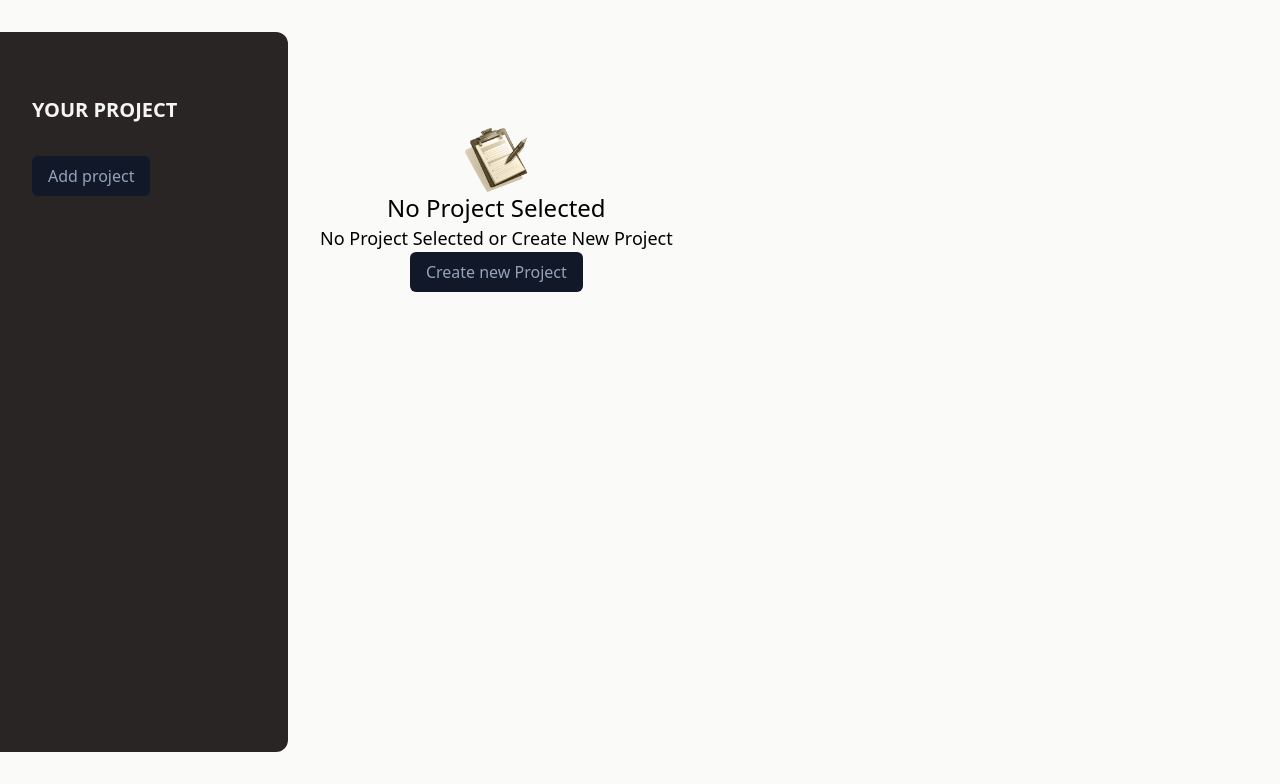
Repository: sibi24sibi/todo-list-using-reactjs
Page: /
An editor plug-in stored every save of this project. The page is shown before and after the next save, followed by the edit.
The browser window is 1280 px wide. The pictures show the whole page.
The project was rebuilt for these pictures with package versions that can differ from the ones it lists, and the page was loaded fresh each time. Also part of the build but not shown: vite.config.js, src/Components/Input.jsx, src/Components/NewProjects.jsx.

Above is the page before, as saved 2024-06-24 15:00:59.

After the next save:
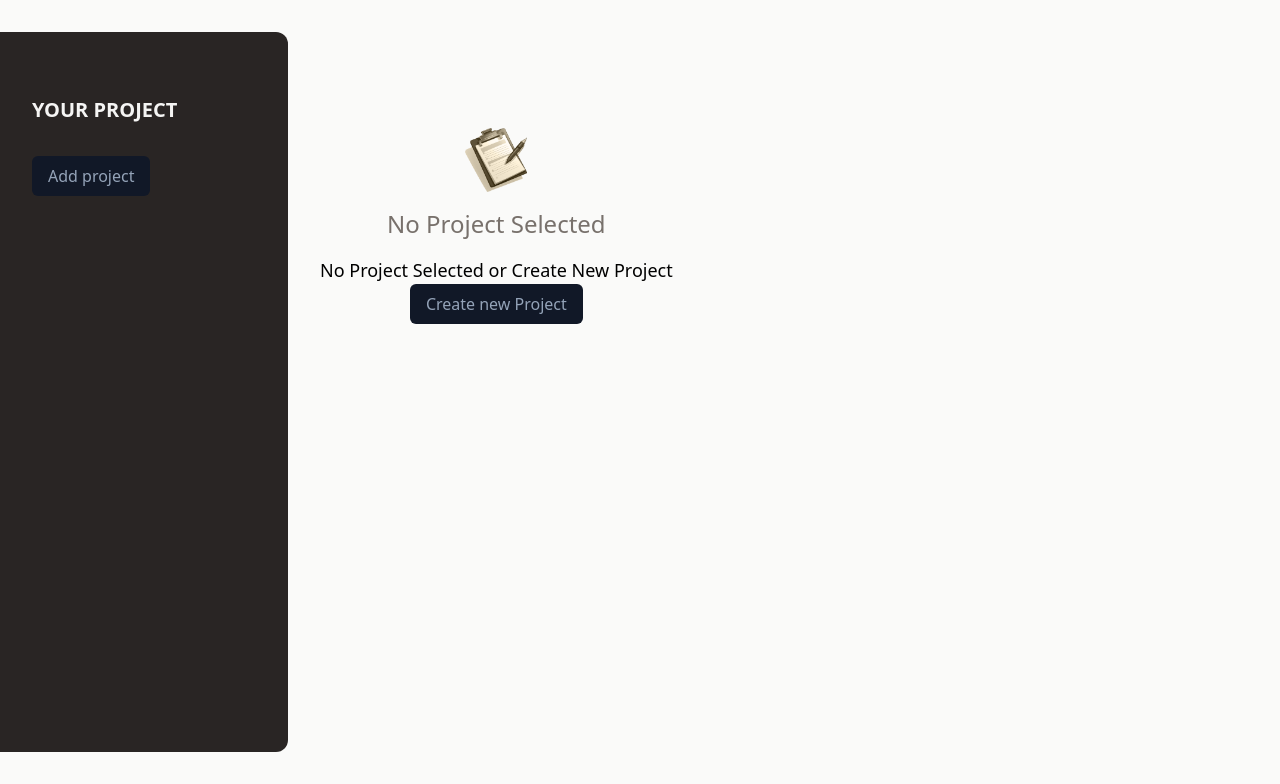
Saved 60 s later.
--- a/src/Components/NoProjects.jsx
+++ b/src/Components/NoProjects.jsx
@@ -9,7 +9,7 @@ export default function Noprojects() {
         alt="No Projects"
         className="w-16 h-16 object-contain mx-auto"
       />
-      <h2 className="text-2xl ">No Project Selected</h2>
+      <h2 className="text-2xl my-4  text-stone-500 ">No Project Selected</h2>
       <p className=" text-lg">No Project Selected or Create New Project</p>
       <p>
         <Button className="">Create new Project</Button>
